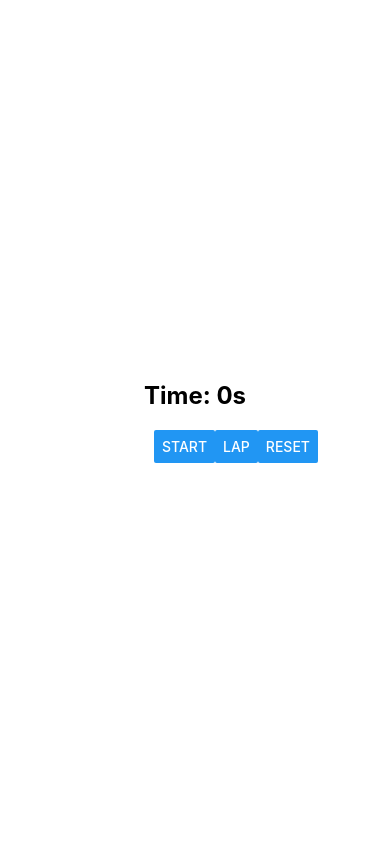
Repository: Shopify/eng-intern-assessment-react-native
Screen: /
These files come from the project's save history. The screen is drawn as it stood at one moment and after the next save; the edit follows.
The app was drawn by React Native's web renderer in a window 390 px wide. The project was rebuilt for these pictures with package versions that can differ from the ones it lists, and the page was loaded fresh each time.

Above is the screen before, as saved 2024-01-13 12:04:15.

After the next save:
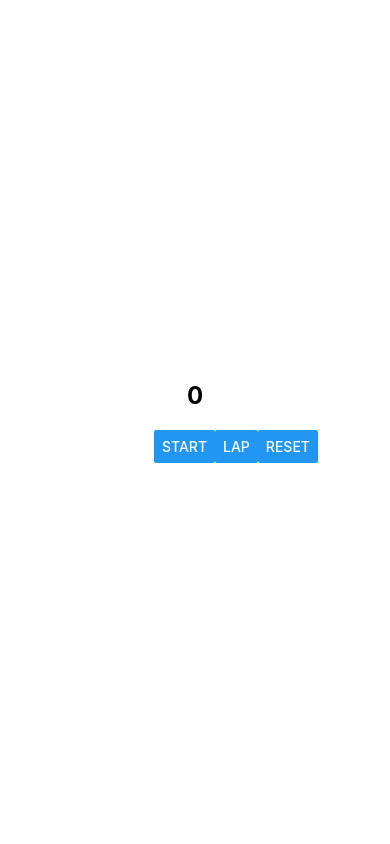
Saved 13 s later.
--- a/src/StopWatch.tsx
+++ b/src/StopWatch.tsx
@@ -33,7 +33,7 @@ const StopWatch = () => {
 
   return (
     <View style={styles.container}>
-      <Text style={styles.timerText}>{`Time: ${timeElapsed}s`}</Text>
+      <Text style={styles.timerText}>{`${timeElapsed}`}</Text>
       {laps.map((lap, index) => (
         <Text key={index} style={styles.lapText}>{`Lap ${index + 1}: ${lap}s`}</Text>
       ))}
